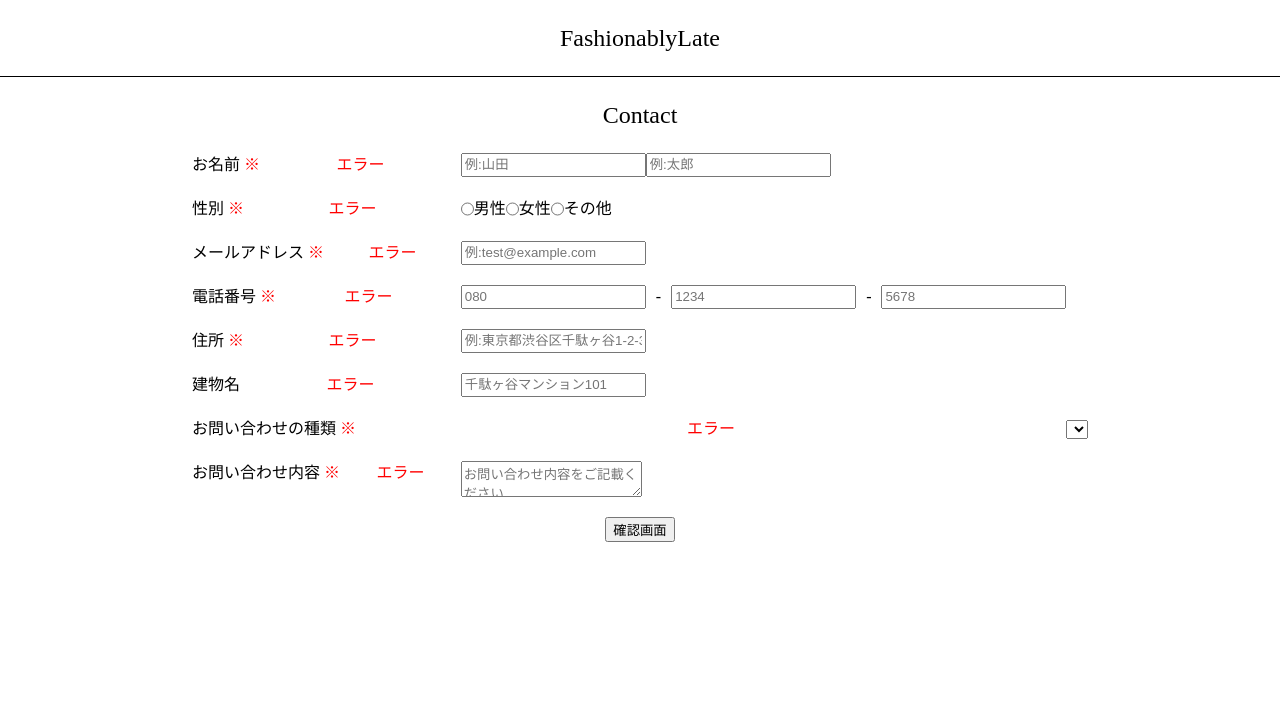
Repository: mayu-ya/test_form
Page: src/resources/views/index.blade.php
These files come from the project's save history. The page is drawn as it stood at one moment and after the next save; the edit follows.
The browser window is 1280 px wide. The pictures show the whole page.
The page is served by the project's Laravel application, run on PHP 8.4 with Laravel 8. Other server files are loaded and not shown. The template is opened directly, without the code that normally fills it, so the values that code supplies are empty.

Above is the page before, as saved 2026-01-17 10:13:35.

### src/routes/web.php
<?php

use Illuminate\Support\Facades\Route;
use App\Http\Controllers\ContactController;

/*
|--------------------------------------------------------------------------
| Web Routes
|--------------------------------------------------------------------------
|
| Here is where you can register web routes for your application. These
| routes are loaded by the RouteServiceProvider within a group which
| contains the "web" middleware group. Now create something great!
|
*/

Route::get('/', [ContactController::class, 'index']);

### src/resources/views/index.blade.php
@extends('layouts.app')

@section('css')
<link rel="stylesheet" href="{{ asset('css/index.css') }}">
@endsection

@section('content')
<div class="content">
    <div class="title">
        <h2 class="title-h">Contact</h2>
    </div>

    <form class="form">
        <div class="form__group">
            <div class="form__group-item">
                <span class="form__item">お名前</span>
                <span class="form__required">※</span>
            </div>
            <div class="form__error">
                エラー
            </div>
            <div class="form__input">
                <input type="text" class="form__input-text" name="name" placeholder="例:山田">
                <input type="text" class="form__input-text" name="name" placeholder="例:太郎">
            </div>
        </div>

        <div class="form__group">
            <div class="form__group-item">
                <span class="form__item">性別</span>
                <span class="form__required">※</span>
            </div>
            <div class="form__error">
                エラー
            </div>
            <div class="form__input">
                <input type="radio" class="form__input-text" name="gender">男性
                <input type="radio" class="form__input-text" name="gender">女性
                <input type="radio" class="form__input-text" name="gender">その他
            </div>
        </div>

        <div class="form__group">
            <div class="form__group-item">
                <span class="form__item">メールアドレス</span>
                <span class="form__required">※</span>
            </div>
            <div class="form__error">
                エラー
            </div>
            <div class="form__input">
                <input type="emai" class="form__input-text" name="emai" placeholder="例:test@example.com">
            </div>
        </div>

        <div class="form__group">
            <div class="form__group-item">
                <span class="form__item">電話番号</span>
                <span class="form__required">※</span>
            </div>
            <div class="form__error">
                エラー
            </div>
            <div class="form__input">
                <input type="tel" class="form__input-text" name="tel" placeholder="080">
                <div class="form__input-tel">-</div>
                <input type="tel" class="form__input-text" name="tel" placeholder="1234">
                <div class="form__input-tel">-</div>
                <input type="tel" class="form__input-text" name="tel" placeholder="5678">
            </div>
        </div>

        <div class="form__group">
            <div class="form__group-ite">
                <span class="form__item">住所</span>
                <span class="form__required">※</span>
            </div>
            <div class="form__error">
                エラー
            </div>
            <div class="form__input">
                <input type="text" class="form__input-text" name="address" placeholder="例:東京都渋谷区千駄ヶ谷1-2-3">
            </div>
        </div>

        <div class="form__group">
            <div class="form__group-item">
                <span class="form__item">建物名</span>
            </div>
            <div class="form__error">
                エラー
            </div>
            <div class="form__input">
                <input type="text" class="form__input-text" name="building" placeholder="千駄ヶ谷マンション101">
            </div>
        </div>

        <div class="form__group">
            <div class="form__group-item">
                <span class="form__item">お問い合わせの種類</span>
                <span class="form__required">※</span>
            </div>
            <div class="form__error">
                エラー
            </div>
            <div class="form__select">
                <select name="content" class="form__select-item" placeholder="選択してください">
                    <option value=""></option>
                </select>
            </div>
        </div>

        <div class="form__group">
            <div class="form__group-item">
                <span class="form__item">お問い合わせ内容</span>
                <span class="form__required">※</span>
            </div>
            <div class="form__error">
                エラー
            </div>
            <div class="form__input">
                <textarea name="detail" class="form__input-textarea" placeholder="お問い合わせ内容をご記載ください"></textarea>
            </div>
        </div>

        <div class="form__group-button">
            <button class="form__group-button-submit" type="submit">確認画面</button>
        </div>
    </form>
</div>
@endsection

### src/resources/views/layouts/app.blade.php
<!DOCTYPE html>
<html lang="ja">
<head>
    <meta charset="UTF-8">
    <meta name="viewport" content="width=device-width, initial-scale=1.0">
    <title>FashionablyLate</title>
    <link rel="stylesheet" href="{{ asset('css/common.css') }}">
    <link rel="stylesheet" href="{{ asset('css/sanitize.css') }}">
    @yield('css')
</head>
<body>
    <header class="header">
        <div class="header-title">
            <div class="header-title__item">FashionablyLate</div>
        </div>
        @yield('header')
    </header>

    <main>
        @yield('content')
    </main>
</body>
</html>

### src/public/css/common.css
.header{
    border-bottom: 1px solid #000;
}

.header-title {
    margin: 0 auto;
    padding: 20px 15px;
    max-width: 1230px;
}

.header-title__item {
    font-size: 24px;
    text-align: center;
}

### src/public/css/sanitize.css
/* Document
* ========================================================================== */

/**
* Add border box sizing in all browsers (opinionated).
*/

*,
::before,
::after {
  box-sizing: border-box;
}

/**
* 1. Add text decoration inheritance in all browsers (opinionated).
* 2. Add vertical alignment inheritance in all browsers (opinionated).
*/

::before,
::after {
  vertical-align: inherit;
  /* 2 */
  text-decoration: inherit;
  /* 1 */
}

/**
* 1. Use the default cursor in all browsers (opinionated).
* 2. Change the line height in all browsers (opinionated).
* 3. Use a 4-space tab width in all browsers (opinionated).
* 4. Remove the grey highlight on links in iOS (opinionated).
* 5. Prevent adjustments of font size after orientation changes in
*    IE on Windows Phone and in iOS.
* 6. Breaks words to prevent overflow in all browsers (opinionated).
*/

html {
  word-break: break-word;
  /* 6 */
  -moz-tab-size: 4;
  /* 3 */
  tab-size: 4;
  /* 3 */
  line-height: 1.5;
  /* 2 */
  cursor: default;
  /* 1 */

  -webkit-tap-highlight-color: transparent
    /* 4 */
  ;
  -ms-text-size-adjust: 100%;
  /* 5 */
  -webkit-text-size-adjust: 100%;
  /* 5 */
}

/* Sections
* ========================================================================== */

/**
* Remove the margin in all browsers (opinionated).
*/

body {
  margin: 0;
}

/**
* Correct the font size and margin on `h1` elements within `section` and
* `article` contexts in Chrome, Edge, Firefox, and Safari.
*/

h1 {
  margin: 0.67em 0;
  font-size: 2em;
}

/* Grouping content
* ========================================================================== */

/**
* Remove the margin on nested lists in Chrome, Edge, IE, and Safari.
*/

dl dl,
dl ol,
dl ul,
ol dl,
ul dl {
  margin: 0;
}

/**
* Remove the margin on nested lists in Edge 18- and IE.
*/

ol ol,
ol ul,
ul ol,
ul ul {
  margin: 0;
}

/**
* 1. Add the correct sizing in Firefox.
* 2. Show the overflow in Edge 18- and IE.
*/

hr {
  overflow: visible;
  /* 2 */
  height: 0;
  /* 1 */
}

/**
* Add the correct display in IE.
*/

main {
  display: block;
}

/**
* Remove the list style on navigation lists in all browsers (opinionated).
*/

nav ol,
nav ul {
  padding: 0;
  list-style: none;
}

/**
* 1. Correct the inheritance and scaling of font size in all browsers.
* 2. Correct the odd `em` font sizing in all browsers.
*/

pre {
  font-size: 1em;
  /* 2 */
  font-family: monospace, monospace;
  /* 1 */
}

/* Text-level semantics
* ========================================================================== */

/**
* Remove the gray background on active links in IE 10.
*/

a {
  background-color: transparent;
}

/**
* Add the correct text decoration in Edge 18-, IE, and Safari.
*/

abbr[title] {
  text-decoration: underline;
  text-decoration: underline dotted;
}

/**
* Add the correct font weight in Chrome, Edge, and Safari.
*/

b,
strong {
  font-weight: bolder;
}

/**
* 1. Correct the inheritance and scaling of font size in all browsers.
* 2. Correct the odd `em` font sizing in all browsers.
*/

code,
kbd,
samp {
  font-size: 1em;
  /* 2 */
  font-family: monospace, monospace;
  /* 1 */
}

/**
* Add the correct font size in all browsers.
*/

small {
  font-size: 80%;
}

/* Embedded content
* ========================================================================== */

/*
* Change the alignment on media elements in all browsers (opinionated).
*/

audio,
canvas,
iframe,
img,
svg,
video {
  vertical-align: middle;
}

/**
* Add the correct display in IE 9-.
*/

audio,
video {
  display: inline-block;
}

/**
* Add the correct display in iOS 4-7.
*/

audio:not([controls]) {
  display: none;
  height: 0;
}

/**
* Remove the border on iframes in all browsers (opinionated).
*/

iframe {
  border-style: none;
}

/**
* Remove the border on images within links in IE 10-.
*/

img {
  border-style: none;
}

/**
* Change the fill color to match the text color in all browsers (opinionated).
*/

svg:not([fill]) {
  fill: currentColor;
}

/**
* Hide the overflow in IE.
*/

svg:not(:root) {
  overflow: hidden;
}

/* Tabular data
* ========================================================================== */

/**
* Collapse border spacing in all browsers (opinionated).
*/

table {
  border-collapse: collapse;
}

/* Forms
* ========================================================================== */

/**
* Remove the margin on controls in Safari.
*/

button,
input,
select {
  margin: 0;
}

/**
* 1. Show the overflow in IE.
* 2. Remove the inheritance of text transform in Edge 18-, Firefox, and IE.
*/

button {
  overflow: visible;
  /* 1 */
  text-transform: none;
  /* 2 */
}

/**
* Correct the inability to style buttons in iOS and Safari.
*/

button,
[type="button"],
[type="reset"],
[type="submit"] {
  -webkit-appearance: button;
}

/**
* 1. Change the inconsistent appearance in all browsers (opinionated).
* 2. Correct the padding in Firefox.
*/

fieldset {
  padding: 0.35em 0.75em 0.625em;
  /* 2 */
  border: 1px solid #a0a0a0;
  /* 1 */
}

/**
* Show the overflow in Edge 18- and IE.
*/

input {
  overflow: visible;
}

/**
* 1. Correct the text wrapping in Edge 18- and IE.
* 2. Correct the color inheritance from `fieldset` elements in IE.
*/

legend {
  display: table;
  /* 1 */
  max-width: 100%;
  /* 1 */
  color: inherit;
  /* 2 */
  white-space: normal;
  /* 1 */
}

/**
* 1. Add the correct display in Edge 18- and IE.
* 2. Add the correct vertical alignment in Chrome, Edge, and Firefox.
*/

progress {
  display: inline-block;
  /* 1 */
  vertical-align: baseline;
  /* 2 */
}

/**
* Remove the inheritance of text transform in Firefox.
*/

select {
  text-transform: none;
}

/**
* 1. Remove the margin in Firefox and Safari.
* 2. Remove the default vertical scrollbar in IE.
* 3. Change the resize direction in all browsers (opinionated).
*/

textarea {
  overflow: auto;
  /* 2 */
  margin: 0;
  /* 1 */
  resize: vertical;
  /* 3 */
}

/**
* Remove the padding in IE 10-.
*/

[type="checkbox"],
[type="radio"] {
  padding: 0;
}

/**
* 1. Correct the odd appearance in Chrome, Edge, and Safari.
* 2. Correct the outline style in Safari.
*/

[type="search"] {
  outline-offset: -2px;
  /* 2 */

  -webkit-appearance: textfield;
  /* 1 */
}

/**
* Correct the cursor style of increment and decrement buttons in Safari.
*/

::-webkit-inner-spin-button,
::-webkit-outer-spin-button {
  height: auto;
}

/**
* Correct the text style of placeholders in Chrome, Edge, and Safari.
*/

::-webkit-input-placeholder {
  color: inherit;
  opacity: 0.54;
}

/**
* Remove the inner padding in Chrome, Edge, and Safari on macOS.
*/

::-webkit-search-decoration {
  -webkit-appearance: none;
}

/**
* 1. Correct the inability to style upload buttons in iOS and Safari.
* 2. Change font properties to `inherit` in Safari.
*/

::-webkit-file-upload-button {
  font: inherit;
  /* 2 */

  -webkit-appearance: button;
  /* 1 */
}

/**
* Remove the inner border and padding of focus outlines in Firefox.
*/

::-moz-focus-inner {
  padding: 0;
  border-style: none;
}

/**
* Restore the focus outline styles unset by the previous rule in Firefox.
*/

:-moz-focusring {
  outline: 1px dotted ButtonText;
}

/**
* Remove the additional :invalid styles in Firefox.
*/

:-moz-ui-invalid {
  box-shadow: none;
}

/* Interactive
* ========================================================================== */

/*
* Add the correct display in Edge 18- and IE.
*/

details {
  display: block;
}

/*
* Add the correct styles in Edge 18-, IE, and Safari.
*/

dialog {
  position: absolute;
  right: 0;
  left: 0;
  display: block;
  margin: auto;
  padding: 1em;
  width: -moz-fit-content;
  width: -webkit-fit-content;
  width: fit-content;
  height: -moz-fit-content;
  height: -webkit-fit-content;
  height: fit-content;
  border: solid;
  background-color: white;
  color: black;
}

dialog:not([open]) {
  display: none;
}

/*
* Add the correct display in all browsers.
*/

summary {
  display: list-item;
}

/* Scripting
* ========================================================================== */

/**
* Add the correct display in IE 9-.
*/

canvas {
  display: inline-block;
}

/**
* Add the correct display in IE.
*/

template {
  display: none;
}

/* User interaction
* ========================================================================== */

/*
* 1. Remove the tapping delay in IE 10.
* 2. Remove the tapping delay on clickable elements
in all browsers (opinionated).
*/

a,
area,
button,
input,
label,
select,
summary,
textarea,
[tabindex] {
  -ms-touch-action: manipulation;
  /* 1 */
  touch-action: manipulation;
  /* 2 */
}

/**
* Add the correct display in IE 10-.
*/

[hidden] {
  display: none;
}

/* Accessibility
* ========================================================================== */

/**
* Change the cursor on busy elements in all browsers (opinionated).
*/

[aria-busy="true"] {
  cursor: progress;
}

/*
* Change the cursor on control elements in all browsers (opinionated).
*/

[aria-controls] {
  cursor: pointer;
}

/*
* Change the cursor on disabled, not-editable, or otherwise
* inoperable elements in all browsers (opinionated).
*/

[aria-disabled="true"],
[disabled] {
  cursor: not-allowed;
}

/*
* Change the display on visually hidden accessible elements
* in all browsers (opinionated).
*/

[aria-hidden="false"][hidden] {
  display: initial;
}

[aria-hidden="false"][hidden]:not(:focus) {
  position: absolute;
  clip: rect(0, 0, 0, 0);
}

### src/public/css/index.css
.content {
    max-width: 1536px;
}

.title {
    margin: 0 auto;
}

.title-h {
    text-align: center;
    font-weight: lighter;
}

.form {
    width: 70%;
    margin: 0 auto;
    text-align: center;
}

.form__group {
    display: flex;
    width: 100%;
    justify-content: space-between;
    margin-bottom: 20px;
}

.form__required {
    color: red;
}

.form__input {
    display: flex;
    width: 70%;
}

.form__input-tel {
    margin: 0 10px;
}

.form__error {
    color: red;
    text-align: left;
}

After the next save:
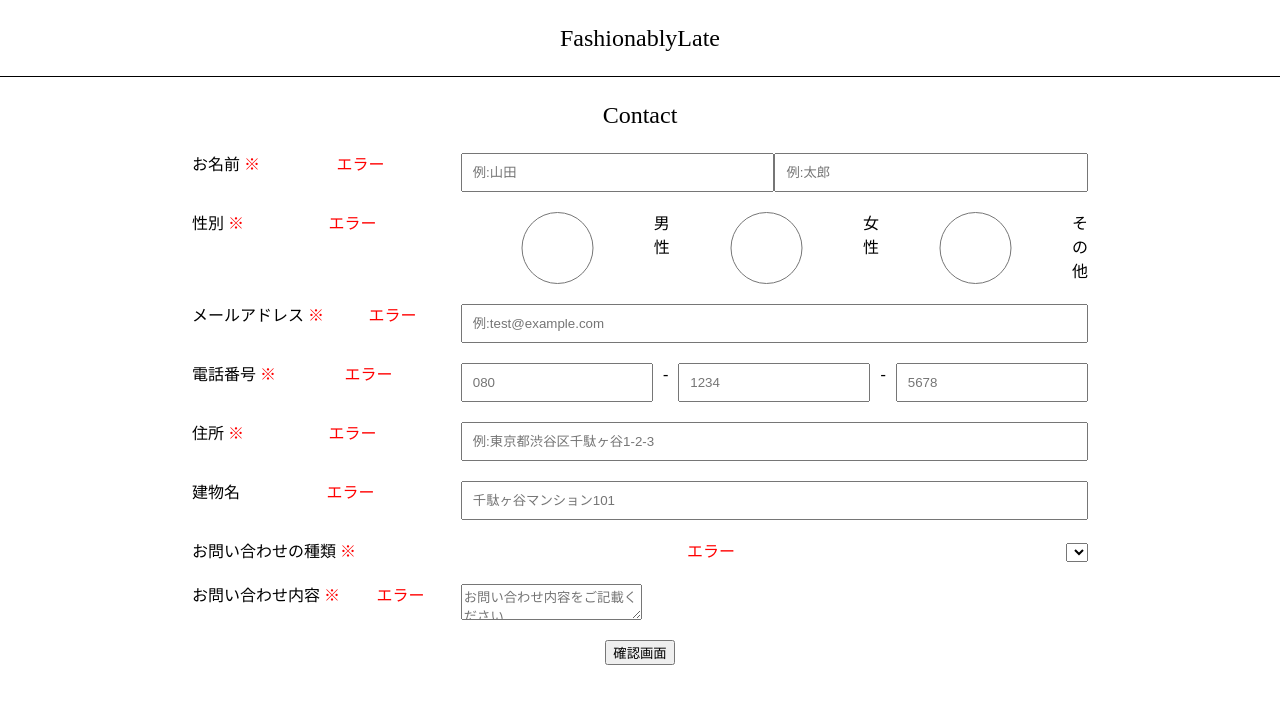
Saved 6 min 59 s later.
--- a/src/public/css/index.css
+++ b/src/public/css/index.css
@@ -33,6 +33,11 @@
     width: 70%;
 }
 
+.form__input-text {
+    padding: 10px;
+    width: 100%;
+}
+
 .form__input-tel {
     margin: 0 10px;
 }
